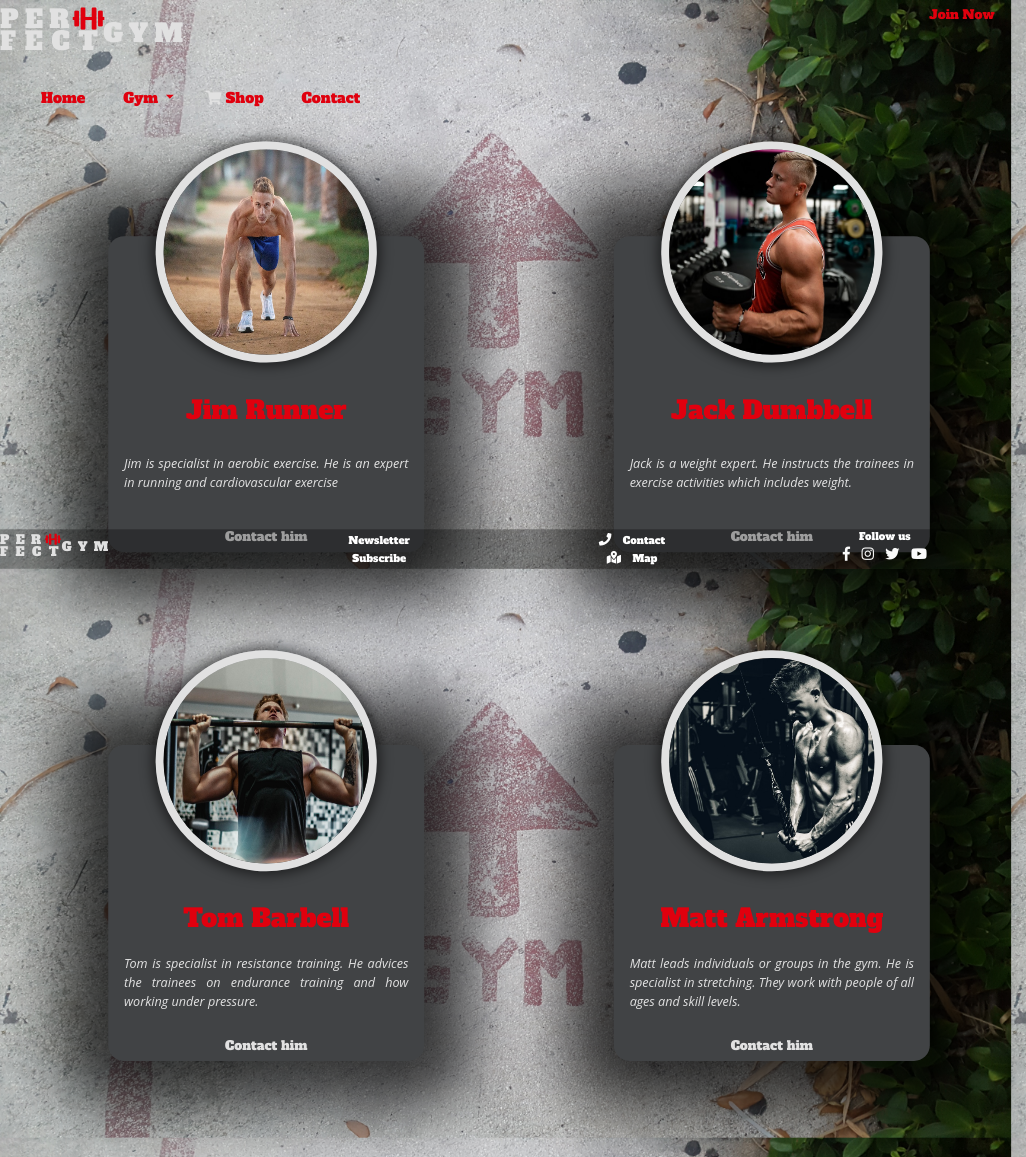
Repository: meghdadyazdi/UCFD-Milestone
Page: trainers.html
The author's editor kept a record of every edit. The page is drawn from the files as they stood at one moment, then again after the next edit.
The browser window is 1280 px wide. The page is 1299 px wide, so the pictures cover 1299 px, including what lies to the right of the window. The pictures show the whole page, at 79% of full size.
Backgrounds fixed to the window are drawn as part of the page. Some web libraries are served in a nearby version.

Above is the page before.

### trainers.html
<!DOCTYPE html>
<html lang="en">

<head>
    <meta charset="UTF-8">
    <meta name="viewport" content="width=device-width, initial-scale=1.0">
    <meta http-equiv="X-UA-Compatible" content="ie=edge">
    <link rel="stylesheet" href="https://stackpath.bootstrapcdn.com/bootstrap/4.3.1/css/bootstrap.min.css" type="text/css" />
    <link rel="stylesheet" href="https://stackpath.bootstrapcdn.com/bootstrap/4.3.1/css/bootstrap.min.css">
    <link rel="stylesheet" href="https://use.fontawesome.com/releases/v5.6.1/css/all.css" integrity="sha384-gfdkjb5BdAXd+lj+gudLWI+BXq4IuLW5IT+brZEZsLFm++aCMlF1V92rMkPaX4PP" crossorigin="anonymous">
    <link href="https://fonts.googleapis.com/css?family=Alfa+Slab+One&display=swap" rel="stylesheet">
    <link rel="stylesheet" href="https://cdnjs.cloudflare.com/ajax/libs/hover.css/2.3.1/css/hover-min.css" type="text/css" />
    <link rel="stylesheet" href="style.css" type="text/css" />
    <title>Perfect Gym</title>
</head>

<body class="trainers-body">



    <!--Header-->
    <header>
        <div class="row container-fluid container-top m-0 p-0">
            <div class="col-6 m-0 p-0">
                <div class="mylogo-big uppercase">
                    <div id="per_in_logo-big">per</div>
                    <div id="fect_in_logo-big">fect</div>
                    <div id="dumbbell-big"><i class="fas fa-dumbbell"></i></div>
                    <div id="gym_in_logo-big">gym</div>
                </div>
            </div>
            <div class="col-6">
                <a href="#" class="btn" data-toggle="modal" data-target="#join-us-modal">Join Now</a>
            </div>
        </div>
    </header>
    <!--/Header-->


    <!--Navbar-->
    <nav class="navbar navbar-light navbar-expand-sm">

        <button class="navbar-toggler ml-auto" type="button" data-toggle="collapse" data-target="#navbarNavDropdown" aria-controls="navbarNavDropdown" aria-expanded="false" aria-label="Toggle navigation">
                    <span class="navbar-toggler-icon"></span>
            </button>

        <div class="collapse navbar-collapse" id="navbarNavDropdown">
            <ul class="navbar-nav mr-auto">
                <li class="nav-item mr-2"><a href="index.html" class="nav-link">Home</a></li>

                <li class="nav-item dropdown">
                    <a class="nav-link dropdown-toggle" href="#" id="navbarDropdownMenuLink" role="button" data-toggle="dropdown" aria-haspopup="true" aria-expanded="false">Gym
                </a>
                    <div class="dropdown-menu" aria-labelledby="navbarDropdownMenuLink">
                        <a class="dropdown-item" href="trainers.html">Our trainers</a>
                        <a class="dropdown-item" href="activities.html">Activities</a>
                    </div>
                </li>
                <li class=" nav-item mr-2"><a href="shop.html" class="nav-link"><span><i class="fas fa-shopping-cart shop-icon"></i></span> Shop</a></li>
                <li class=" nav-item mr-2 "><a href="contact.html" class="nav-link">Contact</a></li>
            </ul>
        </div>


    </nav>
    <!--/Navbar-->



    <section>
        <div class="row m-0 p-0">
            <div class="col-md-6">
                <div class="box">
                    <img src="images/trainer1.jpg" class="trainer"></img>
                    <h2>Jim Runner</h2>
                    <p class="">
                        Jim is specialist in aerobic exercise. He is an expert in running and cardiovascular exercise
                    </p>
                    <a href="#" class="btn p-0 m-0" data-toggle="modal" data-target="#join-us-modal">Contact him</a>
                </div>
            </div>
            <div class="col-md-6">
                <div class="box">
                    <img src="images/trainer2.jpg" class="trainer"></img>
                    <h2>Jack Dumbbell</h2>
                    <p class="">
                        Jack is a weight expert. He instructs the trainees in exercise activities which includes weight.
                    </p>
                    <a href="#" class="btn p-0 m-0" data-toggle="modal" data-target="#join-us-modal">Contact him</a>
                </div>
            </div>
            <div class="col-md-6">
                <div class="box">
                    <img src="images/trainer3.jpg" class="trainer"></img>
                    <h2>Tom Barbell</h2>
                    <p class="">
                        Tom is specialist in resistance training. He advices the trainees on endurance training and how working under pressure.
                    </p>
                    <a href="#" class="btn p-0 m-0" data-toggle="modal" data-target="#join-us-modal">Contact him</a>
                </div>
            </div>
            <div class="col-md-6">
                <div class="box">
                    <img src="images/trainer4.jpg" class="trainer"></img>
                    <h2>Matt Armstrong</h2>
                    <p class="">
                        Matt leads individuals or groups in the gym. He is specialist in stretching. They work with people of all ages and skill levels.
                    </p>
                    <a href="#" class="btn p-0 m-0" data-toggle="modal" data-target="#join-us-modal">Contact him</a>
                </div>
            </div>
        </div>
    </section>


    <!--Footer-->
    <footer class="container-fluid m-0 p-0">
        <div class="row container-fluid m-0 p-0">
            <div class="col-12 col-sm-3 p-0 m-0">
                <!--logo-->
                <div class="mylogo uppercase">
                    <div id="per_in_logo">per</div>
                    <div id="fect_in_logo">fect</div>
                    <div id="dumbbell"><i class="fas fa-dumbbell"></i></div>
                    <div id="gym_in_logo">gym</div>
                </div>
                <!--/logo-->
            </div>

            <div class="col-6 col-sm-3 text-center m-0 p-0">
                <div class="row">
                    <div class="col-12">
                        <a href="#" class="footer-font">
                            Newsletter
                        </a>
                    </div>
                    <div class="col-12">
                        <a class="footer-font" href="#">
                            Subscribe
                        </a>
                    </div>
                </div>
            </div>

            <div class="col-6 col-sm-3 text-center m-0 p-0">
                <div class="row">
                    <div class="col-12">
                        <a href="#" target="_blank">
                            <i id="phone" class="fas fa-phone"></i>
                            <span class="sr-only">phone</span>
                        </a>
                        <a class="footer-font" href="#">Contact</a>
                    </div>
                    <div class="col-12">
                        <a href="https://www.google.com/maps/place/Corvo+Island/@39.6981037,-31.1405764,13z/data=!3m1!4b1!4m5!3m4!1s0xb3247959c9c6983:0x59be196c967d2206!8m2!3d39.7023111!4d-31.1080244" target="_blank">
                            <i id="map" class="fas fa-map-marked-alt"></i>
                            <span class="sr-only">Map</span>
                        </a>
                        <a class="footer-font" href="https://www.google.com/maps/place/Corvo+Island/@39.6981037,-31.1405764,13z/data=!3m1!4b1!4m5!3m4!1s0xb3247959c9c6983:0x59be196c967d2206!8m2!3d39.7023111!4d-31.1080244" target="_blank">Map
                        </a>
                    </div>
                </div>
            </div>

            <div class="col-12 col-sm-3 text-center m-0 p-0 ">
                <p class="footer-font  d-inlineblock m-0 p-0 d-none d-sm-block">Follow us</p>
                <ul class="list-inline social-link">
                    <li class="list-inline-item">
                        <a href="#" target="_blank">
                            <i class="fab fa-facebook-f" aria-hidden="true"></i>
                            <span class="sr-only">Facebook</span>
                        </a>
                    </li>
                    <li class="list-inline-item">
                        <a href="#" target="_blank">
                            <i class="fab fa-instagram" aria-hidden="true"></i>
                            <span class="sr-only">Instagram</span>
                        </a>
                    </li>
                    <li class="list-inline-item">
                        <a href="#" target="_blank">
                            <i class="fab fa-twitter" aria-hidden="true"></i>
                            <span class="sr-only">Twitter</span>
                        </a>
                    </li>
                    <li class="list-inline-item">
                        <a href="#" target="_blank">
                            <i class="fab fa-youtube" aria-hidden="true"></i>
                            <span class="sr-only">YouTube</span>
                        </a>
                    </li>
                </ul>
            </div>
        </div>
    </footer>
    <!--/Footer-->



    <!--Form for join as Modal-->
    <div class="modal" tabindex="-1" role="dialog" id="join-us-modal">
        <div class="modal-dialog" role="document">
            <div class="modal-content">
                <div class="modal-header font-form-title">
                    <h5 class="modal-title">Join us for free consulting</h5>
                    <button type="button" class="close" data-dismiss="modal" aria-label="Close">
                            <span aria-hidden="true">&times;</span>
                            </button>
                </div>
                <div class="modal-body">
                    <form>
                        <div class="form-group">
                            <label class="font-form-item" for="firstname">First Name</label>
                            <input type="text" class="form-control" id="firstname" placeholder="Enter your firstname">
                        </div>
                        <div class="form-group">
                            <label class="font-form-item" for="lastname">Last Name</label>
                            <input type="text" class="form-control" id="lastname" placeholder="Enter your lastname">
                        </div>
                        <div class="form-group">
                            <label class="font-form-item" for="exampleInputEmail1">Email address</label>
                            <input type="email" class="form-control" id="exampleInputEmail1" aria-describedby="emailHelp" placeholder="Enter email">
                        </div>
                        <div class="form-group">
                            <label class="font-form-item" for="password">Password</label>
                            <input type="password" class="form-control" id="password" placeholder="Password">
                        </div>
                        <div class="form-group">
                            <label class="font-form-item" for="repeatpassword">Password</label>
                            <input type="password" class="form-control" id="repeatpassword" placeholder="Repeat Password">
                        </div>
                        <div class="form-group">
                            <label class="font-form-item" for="age">Your age</label>
                            <input type="number" class="form-control" id="age" placeholder="Age" min="7" max="85">
                        </div>
                        <div class="form-group">
                            <label class="font-form-item" for="age">Gender</label>
                            <br>
                            <input class="font-form-item" type="radio" name="gender" value="male" checked> Male<br>
                            <input class="font-form-item" type="radio" name="gender" value="female"> Female<br>
                            <input class="font-form-item" type="radio" name="gender" value="other"> Other<br><br>
                        </div>
                        <button type="submit" class="btn btn-success">Submit</button>
                    </form>
                </div>
            </div>
        </div>
    </div>
    <!--/Form for join as Modal-->




    <script src="https://code.jquery.com/jquery-3.3.1.slim.min.js" integrity="sha384-q8i/X+965DzO0rT7abK41JStQIAqVgRVzpbzo5smXKp4YfRvH+8abtTE1Pi6jizo" crossorigin="anonymous"></script>
    <script src="https://cdnjs.cloudflare.com/ajax/libs/popper.js/1.14.3/umd/popper.min.js" integrity="sha384-ZMP7rVo3mIykV+2+9J3UJ46jBk0WLaUAdn689aCwoqbBJiSnjAK/l8WvCWPIPm49" crossorigin="anonymous"></script>
    <script src="https://stackpath.bootstrapcdn.com/bootstrap/4.1.3/js/bootstrap.min.js" integrity="sha384-ChfqqxuZUCnJSK3+MXmPNIyE6ZbWh2IMqE241rYiqJxyMiZ6OW/JmZQ5stwEULTy" crossorigin="anonymous"></script>


</body>

</html>

Loaded but not shown: style.css (760 lines, source omitted)

After the next edit:
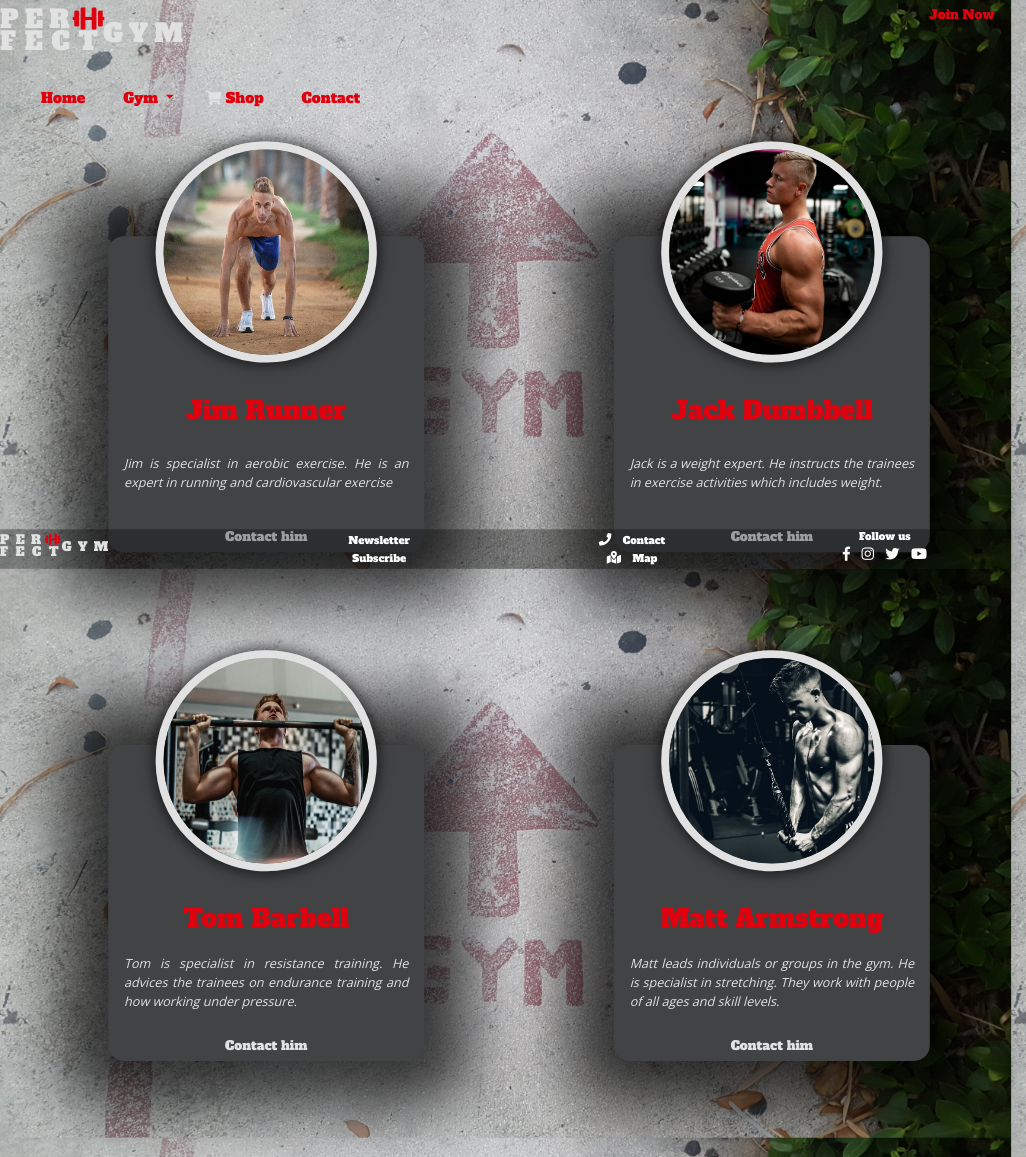
The edit:
--- a/trainers.html
+++ b/trainers.html
@@ -9,6 +9,7 @@
     <link rel="stylesheet" href="https://stackpath.bootstrapcdn.com/bootstrap/4.3.1/css/bootstrap.min.css">
     <link rel="stylesheet" href="https://use.fontawesome.com/releases/v5.6.1/css/all.css" integrity="sha384-gfdkjb5BdAXd+lj+gudLWI+BXq4IuLW5IT+brZEZsLFm++aCMlF1V92rMkPaX4PP" crossorigin="anonymous">
     <link href="https://fonts.googleapis.com/css?family=Alfa+Slab+One&display=swap" rel="stylesheet">
+    <link href="https://fonts.googleapis.com/css?family=Open+Sans&display=swap" rel="stylesheet">
     <link rel="stylesheet" href="https://cdnjs.cloudflare.com/ajax/libs/hover.css/2.3.1/css/hover-min.css" type="text/css" />
     <link rel="stylesheet" href="style.css" type="text/css" />
     <title>Perfect Gym</title>
